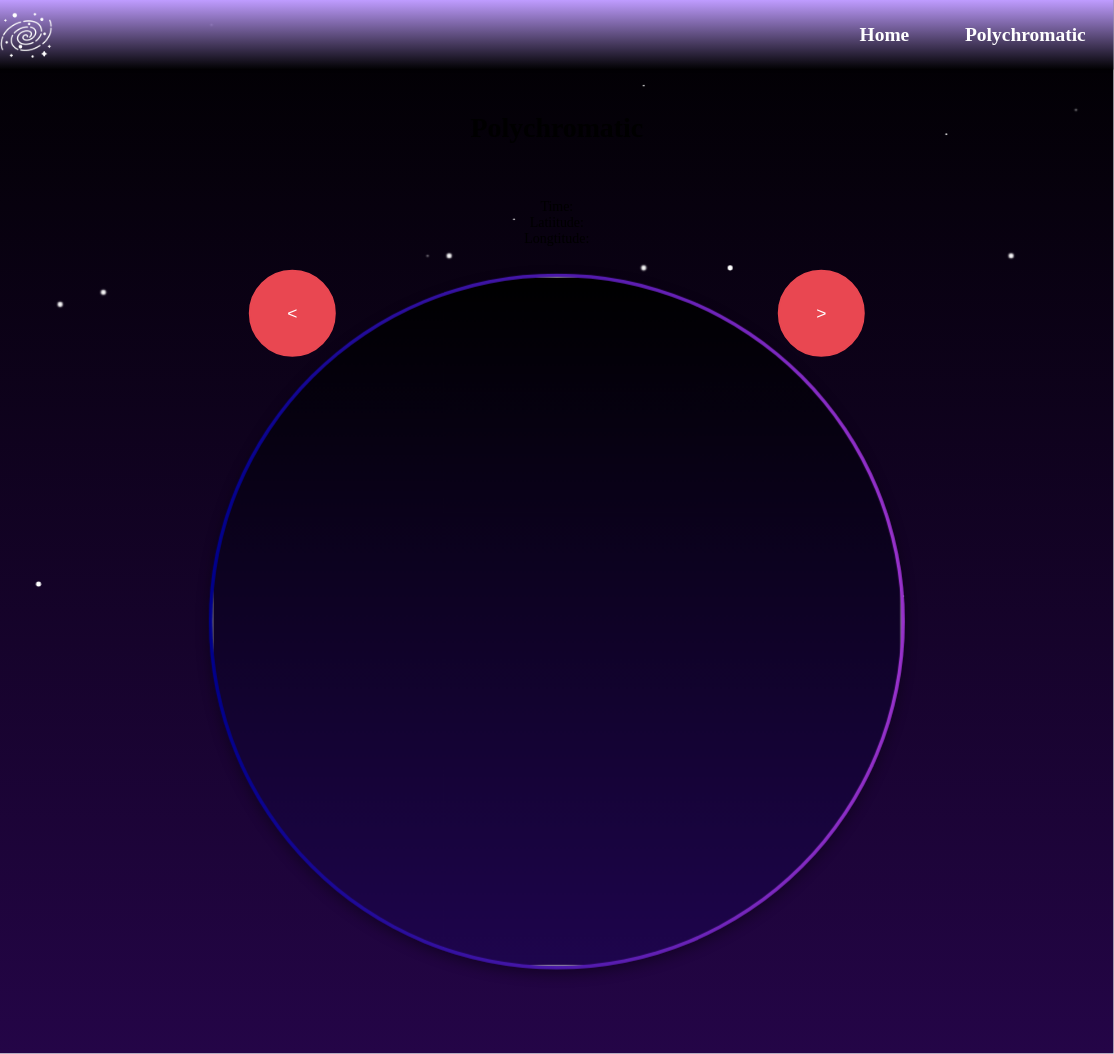
Repository: KayceeNguyen/DAI_W07_NASA
Page: /polychromatic
These files come from the project's save history. The page is drawn as it stood at one moment and after the next save; the edit follows.
The browser window is 1280 px wide. The pictures show the whole page, at 87% of full size.
The page's requests for data from a server got no answer. The project was rebuilt for these pictures with package versions that can differ from the ones it lists, and the page was loaded fresh each time. The framework's server and built-in components were replaced by stand-ins that run in the browser. No one was signed in, and anything a server would have sent is missing. Also part of the build but not shown: next.config.js.

Above is the page before, as saved 2023-02-17 01:40:07.

After the next save:
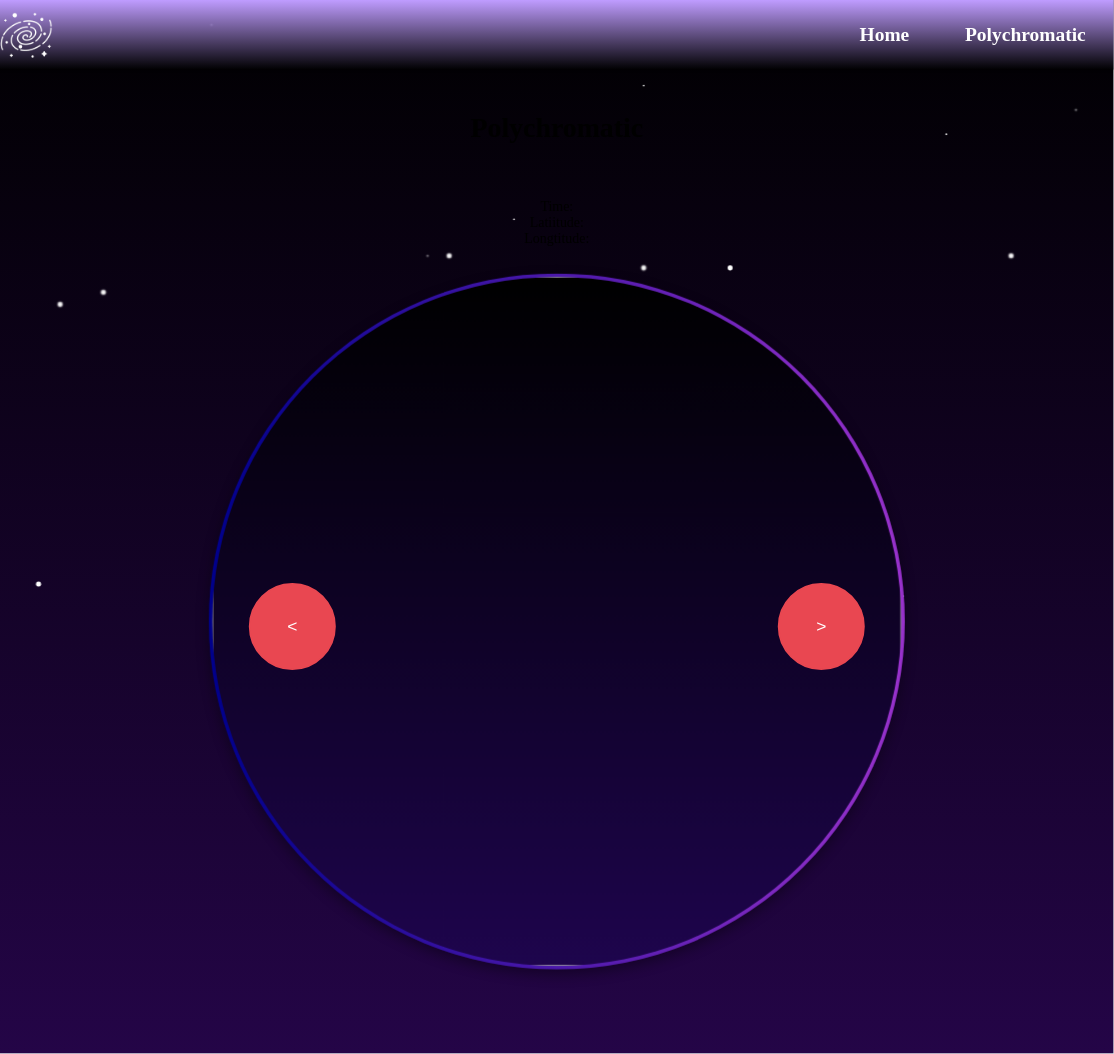
Saved 11 s later.
--- a/styles/Home.module.css
+++ b/styles/Home.module.css
@@ -577,7 +577,7 @@
 /* styles for the previous/next arrow buttons */
 .arrowContainer {
   position: absolute;
-  top: 50vh;
+  top: 100vh;
   transform: translateY(-50%);
   display: flex;
   justify-content: space-between;
